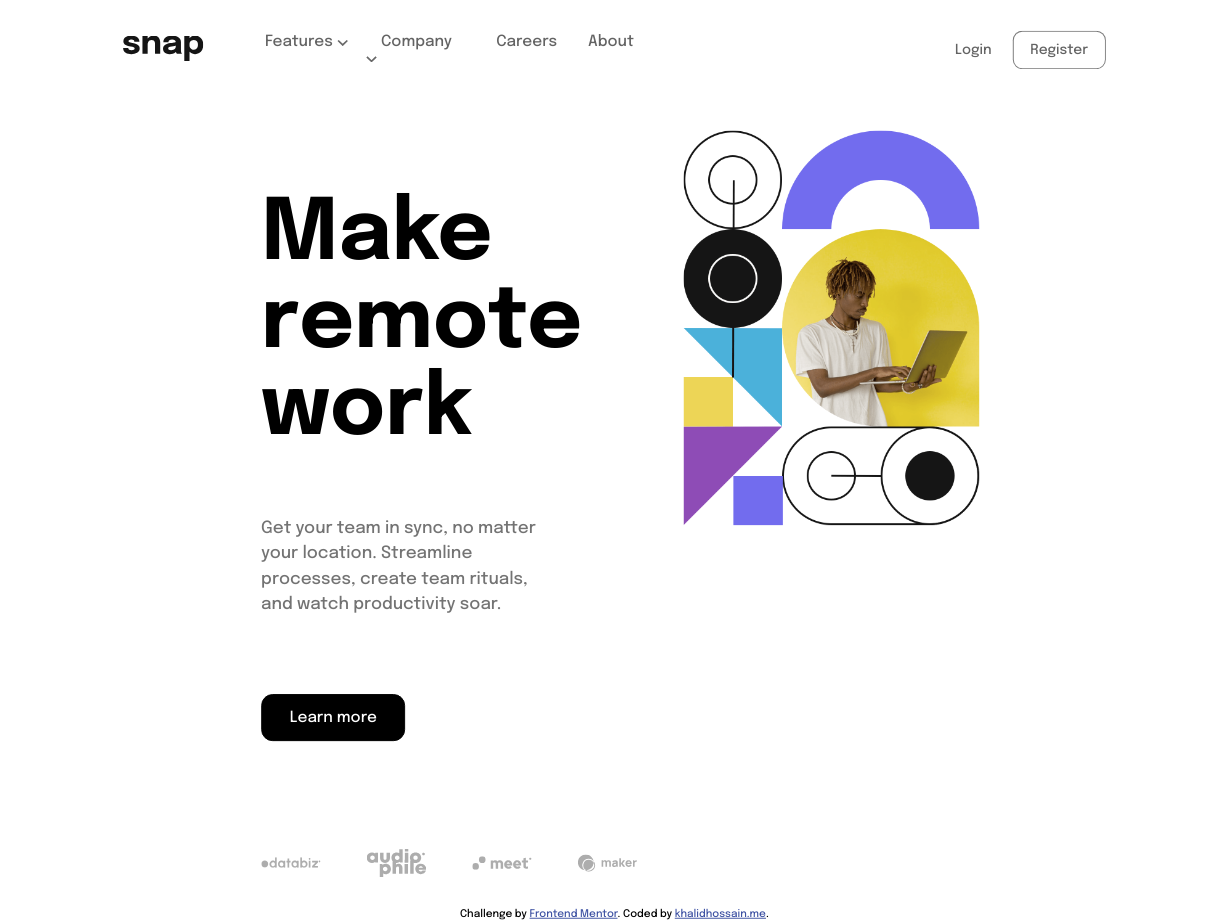
Repository: badhon252/revision
Page: intro-section-with-dropdown-navigation-main/index.html
These files come from the project's save history. The page is drawn as it stood at one moment and after the next save; the edit follows.
The browser window is 1280 px wide. The pictures show the whole page, at 96% of full size.
The style sheet was rebuilt from its Sass, Less or Tailwind sources for each picture, by a compiler version that may differ from the author's.

Above is the page before, as saved 2022-08-06 22:11:35.

After the next save:
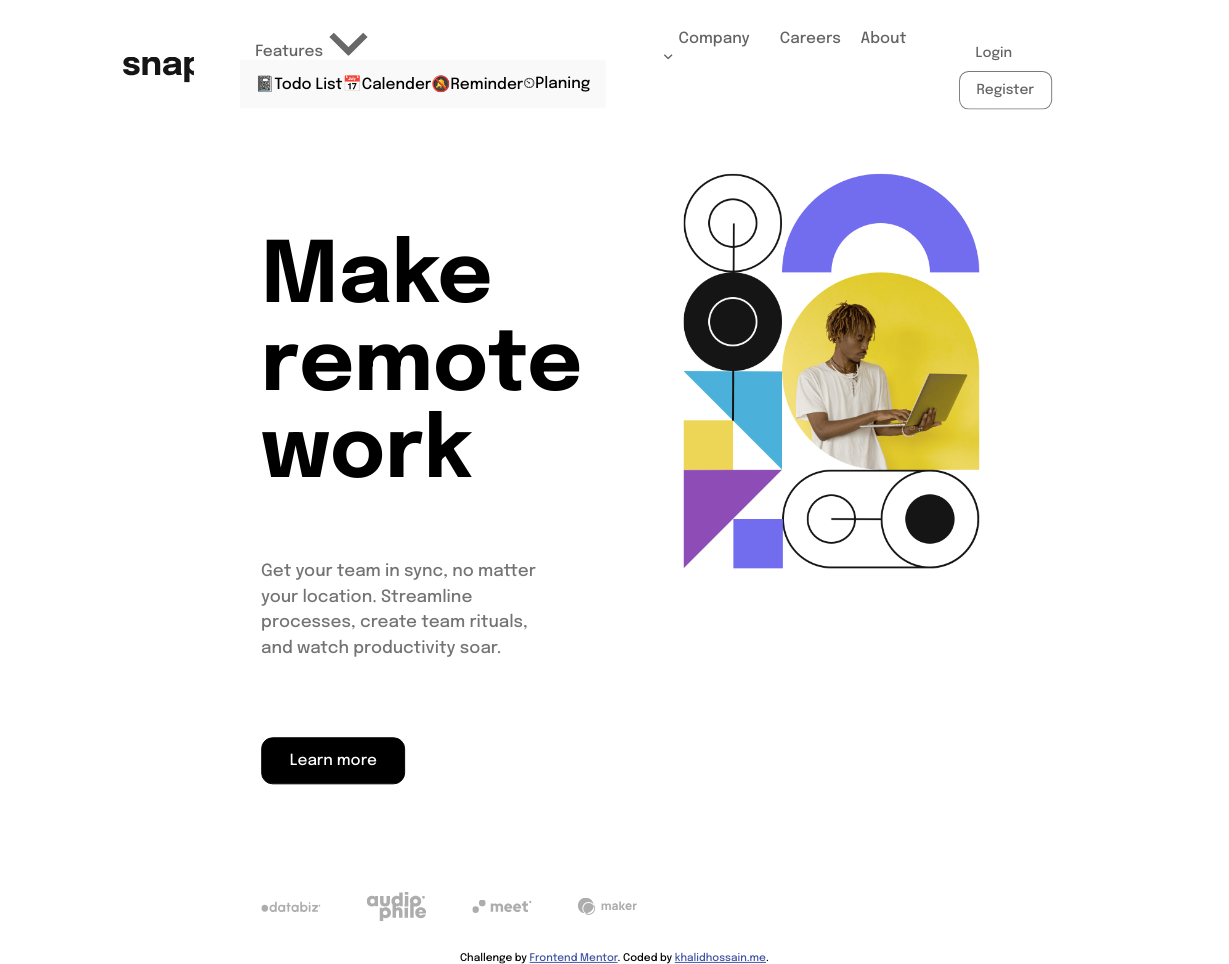
Saved 6 s later.
--- a/intro-section-with-dropdown-navigation-main/scss/style.scss
+++ b/intro-section-with-dropdown-navigation-main/scss/style.scss
@@ -31,7 +31,7 @@
         position: relative;
         .dropdown-ul {
           //   display: none;
-          position: absolute;
+          //   position: absolute;
           z-index: 1;
           background-color: #f9f9f9;
           color: #000;

After the save that followed:
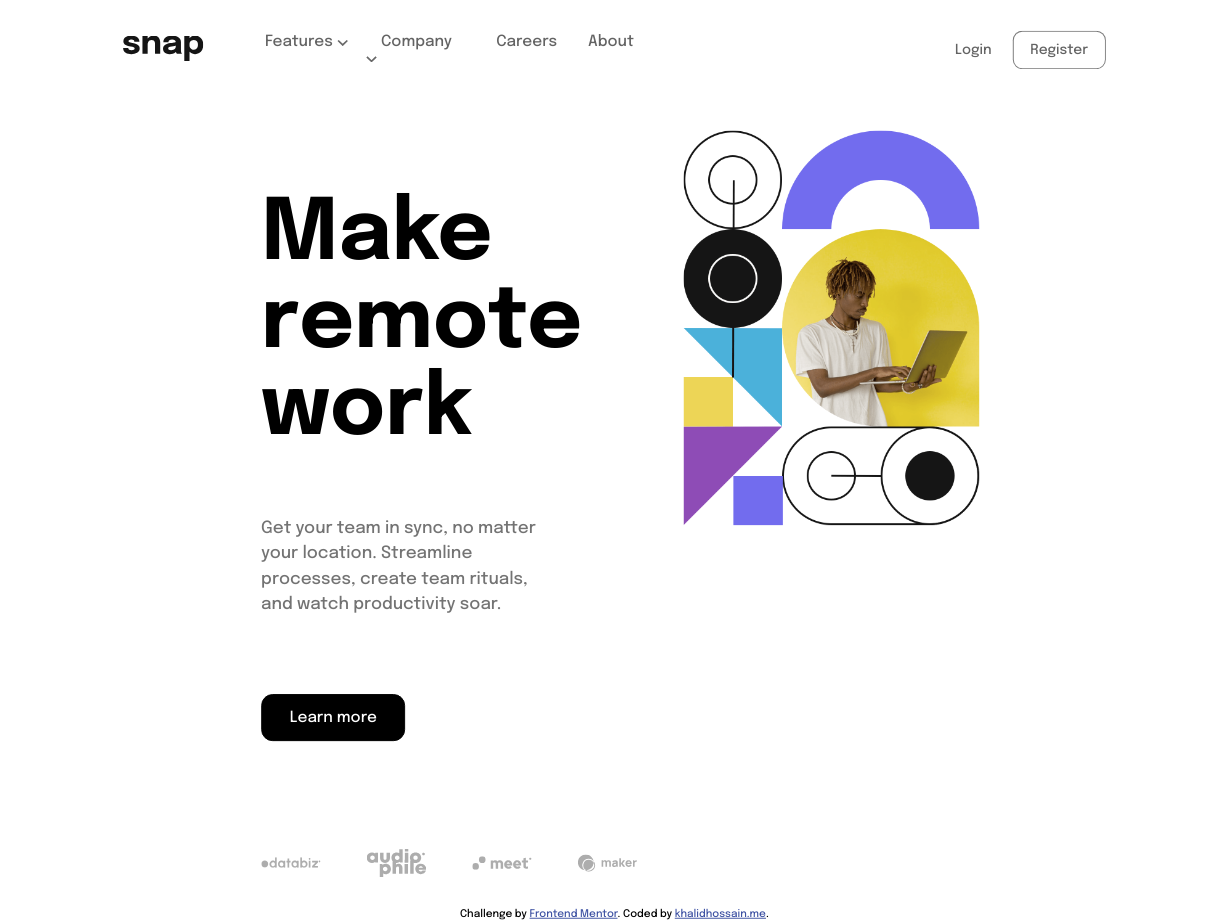
Saved 13 s later.
--- a/intro-section-with-dropdown-navigation-main/scss/style.scss
+++ b/intro-section-with-dropdown-navigation-main/scss/style.scss
@@ -30,8 +30,8 @@
         display: inline-block;
         position: relative;
         .dropdown-ul {
-          //   display: none;
-          //   position: absolute;
+          display: none;
+          position: absolute;
           z-index: 1;
           background-color: #f9f9f9;
           color: #000;
